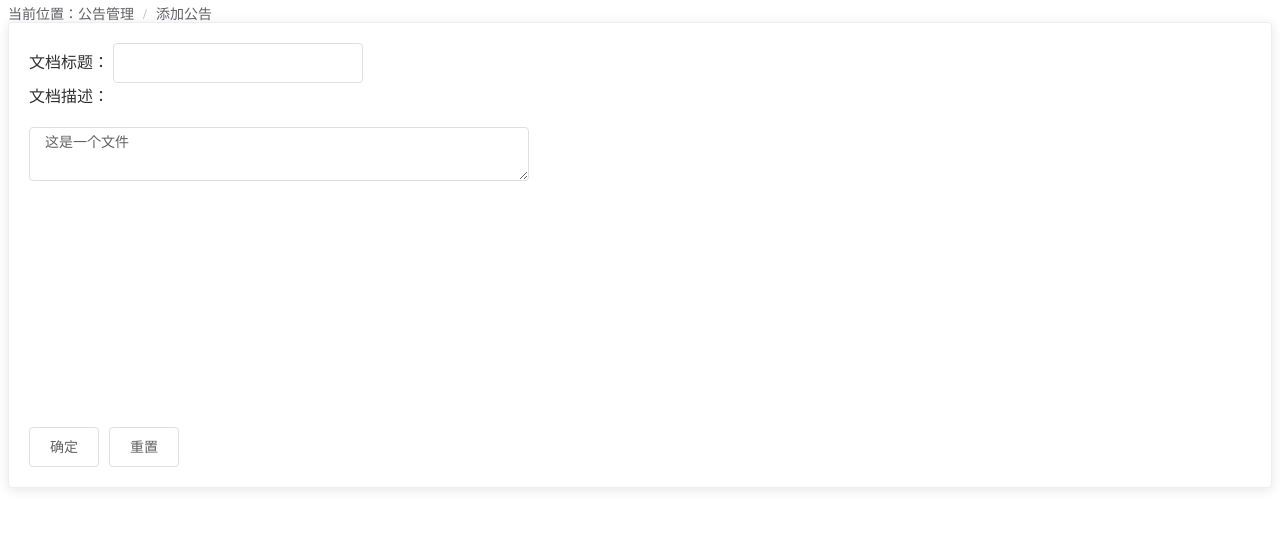
Repository: YUNjwyao/vue_hrm
Page: /#/updateDocument
The author's editor kept a copy of each file at every save. The page is drawn from the files as they stood at one save, then again after the next save.
The browser window is 1280 px wide. The pictures show the whole page.
The project was rebuilt for these pictures with package versions that can differ from the ones it lists, and the page was loaded fresh each time. Also part of the build but not shown: src/components/Employee/EmployeeQuery.vue, src/components/Employee/ShowAddEmployee.vue, src/components/Employee/ShowUpdateEmployee.vue, src/components/Notice/Notice.vue, src/components/Notice/ShowUpdateNotice.vue, src/components/Notice/ShowAddNotice.vue, src/components/Document/Document.vue.

Above is the page before, as saved 2020-10-15 21:54:55.

### src/App.vue
<template>
  <div id="app">
     <!-- 路由占位符 -->
     <router-view></router-view>
  </div>
</template>

<script>

export default {

}
</script>

<style lang="less" scoped>

</style>

### src/router/index.js
import Vue from 'vue'
import VueRouter from 'vue-router'
import EmployeeQuery from '../components/Employee/EmployeeQuery.vue'
import ShowAddEmployee from '../components/Employee/ShowAddEmployee.vue'
import ShowUpdateEmployee from '../components/Employee/ShowUpdateEmployee.vue'
import Notice from '../components/Notice/Notice.vue'
import UpdateNotice from '../components/Notice/ShowUpdateNotice.vue'
import AddNotice from '../components/Notice/ShowAddNotice.vue'
import Document from '../components/Document/Document.vue'
import UpdateDocument from '../components/Document/ShowUpdateDocument.vue'

Vue.use(VueRouter)

const routes = [
 {
   path: '/employee',component: EmployeeQuery
 },
 {
   path: '/addEmployee',component: ShowAddEmployee
 },
 {
   path: '/updateEmployee',component: ShowUpdateEmployee
 },
 {
   path: '/notice',component: Notice
 },
 {
   path: '/updateNotice',component: UpdateNotice
 },
 {
   path: '/addNotice',component: AddNotice
 },
 {
   path: '/document',component: Document
 },
 {
   path: '/updateDocument',component: UpdateDocument
 }
]

const router = new VueRouter({
  routes
})

export default router

### src/plugins/element.js
import Vue from 'vue'
import {
    Button,
    Breadcrumb,
    BreadcrumbItem,
    Card,
    Select,
    Option,
    Input,
    Row,
    Table,
    TableColumn,
    Pagination,
    Form,
    FormItem
} from 'element-ui'


Vue.use(Button)
Vue.use(Breadcrumb)
Vue.use(BreadcrumbItem)
Vue.use(Card)
Vue.use(Select)
Vue.use(Option)
Vue.use(Input)
Vue.use(Row)
Vue.use(Table)
Vue.use(TableColumn)
Vue.use(Pagination)
Vue.use(Form)
Vue.use(FormItem)

### src/components/Document/ShowUpdateDocument.vue
<template>
  <div>
    <!-- 面包屑导航 -->
    <el-breadcrumb separator="/">
      <el-breadcrumb-item>当前位置：公告管理</el-breadcrumb-item>
      <el-breadcrumb-item><a href="/">添加公告</a></el-breadcrumb-item>
    </el-breadcrumb>
    <!-- 卡片区域 -->
    <el-card>
		<el-row>
			<el-col :span="8">
				文档标题：
				<el-input></el-input>
			</el-col>
		</el-row>
		文档描述：
		<el-row>
			<el-col :span="16">
				<el-input class="area" type="textarea" value="这是一个文件"></el-input>
			</el-col>
		</el-row>



			<el-button>确定</el-button>
			<el-button>重置</el-button>

	</el-card>
  </div>
</template>

<script>
export default {

}
</script>

<style lang="less" scoped>
.el-input{
	width: 250px;
}
.area{
	margin-top: 20px;
	width: 500px;
	height: 300px;
}
</style>

Loaded but not shown: public/index.html (common file); src/main.js (common file); src/store/index.js (common file)

After the next save:
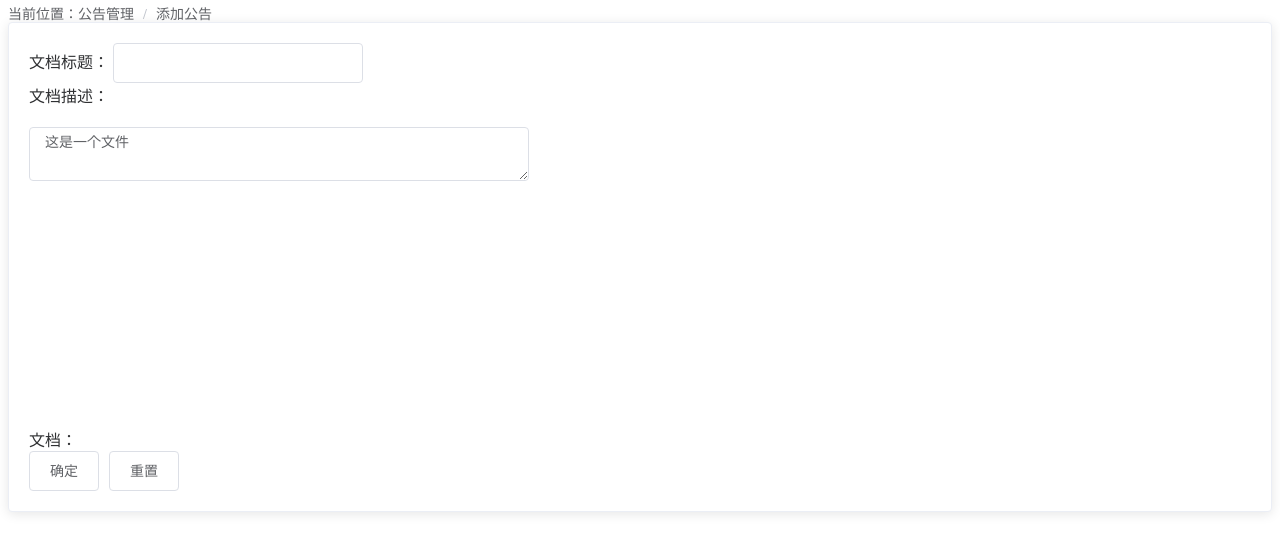
Saved 29 s later.
--- a/src/components/Document/ShowUpdateDocument.vue
+++ b/src/components/Document/ShowUpdateDocument.vue
@@ -20,8 +20,10 @@
 			</el-col>
 		</el-row>
 
+		文档：
+         <el-row>
 
-
+			 </el-row>
 			<el-button>确定</el-button>
 			<el-button>重置</el-button>
 
